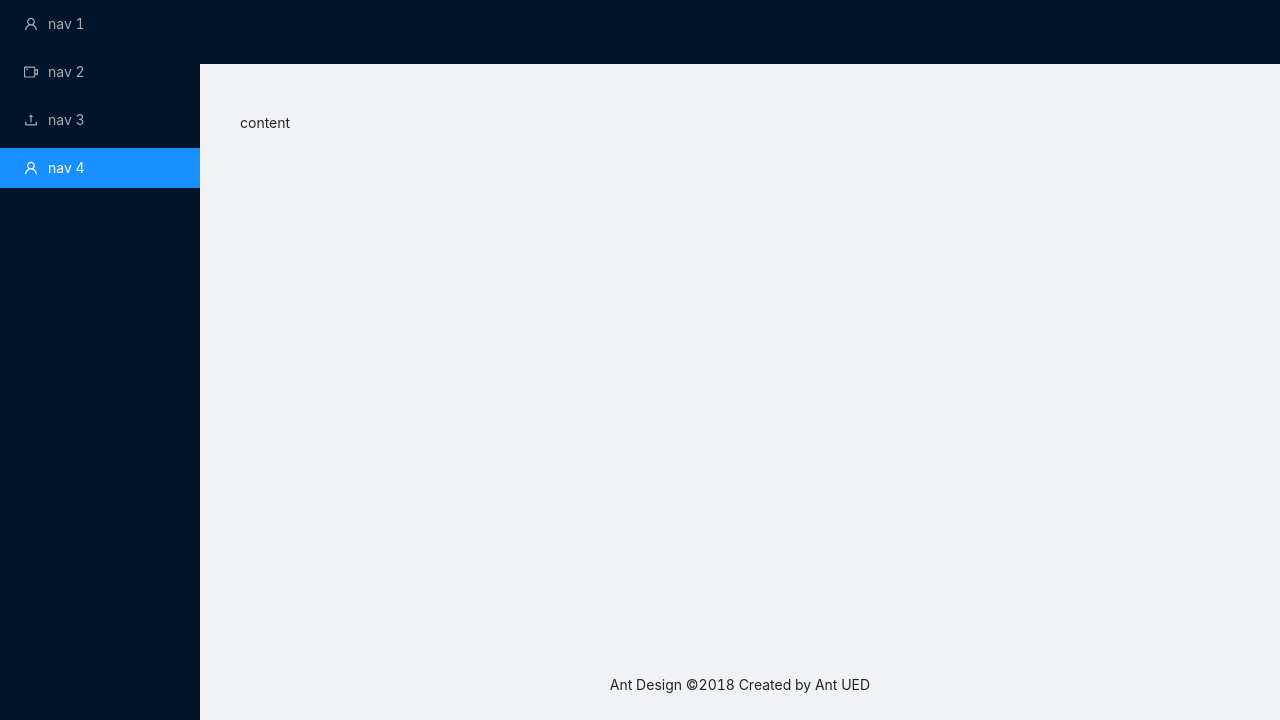
Repository: yangddoddi/community_react
Page: /
An editor plug-in stored every save of this project. The page is shown before and after the next save, followed by the edit.
The browser window is 1280 px wide. The pictures show the whole page.
The project was rebuilt for these pictures with package versions that can differ from the ones it lists, and the page was loaded fresh each time.

Above is the page before, as saved 2022-08-17 02:33:30.

### src/App.js
import {
  UploadOutlined,
  UserOutlined,
  VideoCameraOutlined,
} from "@ant-design/icons";
import { Layout, Menu } from "antd";
import "antd/dist/antd.css";
import "./App.scss";
import React from "react";
import styled from "styled-components";
const { Header, Content, Footer, Sider } = Layout;

const LayoutStyled = styled(Layout)`
  height: 100%;
`;

const ContentStyled = styled(Content)`
  height: 100%;
`;

const App = () => {
  const items = [
    { label: "item 1", key: "item-1" },
    { label: "item 2", key: "item-2" },
  ];

  return (
    <LayoutStyled>
      <Sider
        breakpoint="lg"
        collapsedWidth="0"
        onBreakpoint={(broken) => {
          console.log(broken);
        }}
        onCollapse={(collapsed, type) => {
          console.log(collapsed, type);
        }}
      >
        <div className="logo" />
        <Menu
          theme="dark"
          mode="inline"
          defaultSelectedKeys={["4"]}
          items={[
            UserOutlined,
            VideoCameraOutlined,
            UploadOutlined,
            UserOutlined,
          ].map((icon, index) => ({
            key: String(index + 1),
            icon: React.createElement(icon),
            label: `nav ${index + 1}`,
          }))}
        />
      </Sider>
      <Layout>
        <Header
          className="site-layout-sub-header-background"
          style={{
            padding: 0,
          }}
        />
        <ContentStyled
          style={{
            margin: "24px 16px 0",
          }}
        >
          <div
            className="site-layout-background"
            style={{
              padding: 24,
              minHeight: 360,
            }}
          >
            content
          </div>
        </ContentStyled>
        <Footer
          style={{
            textAlign: "center",
          }}
        >
          Ant Design ©2018 Created by Ant UED
        </Footer>
      </Layout>
    </LayoutStyled>
  );
};

export default App;

### src/App.scss
.site-layout-content {
    min-height: 280px;
    padding: 24px;
    background: #fff;
  }
  #components-layout-demo-top .logo {
    float: left;
    width: 120px;
    height: 31px;
    margin: 16px 24px 16px 0;
    background: rgba(255, 255, 255, 0.3);
  }
  .ant-row-rtl #components-layout-demo-top .logo {
    float: right;
    margin: 16px 0 16px 24px;
  }

  #root {
    height: 100%;
  }

Loaded but not shown: public/index.html (common file); src/index.js (common file); src/index.css (common file); src/reportWebVitals.js (common file)

After the next save:
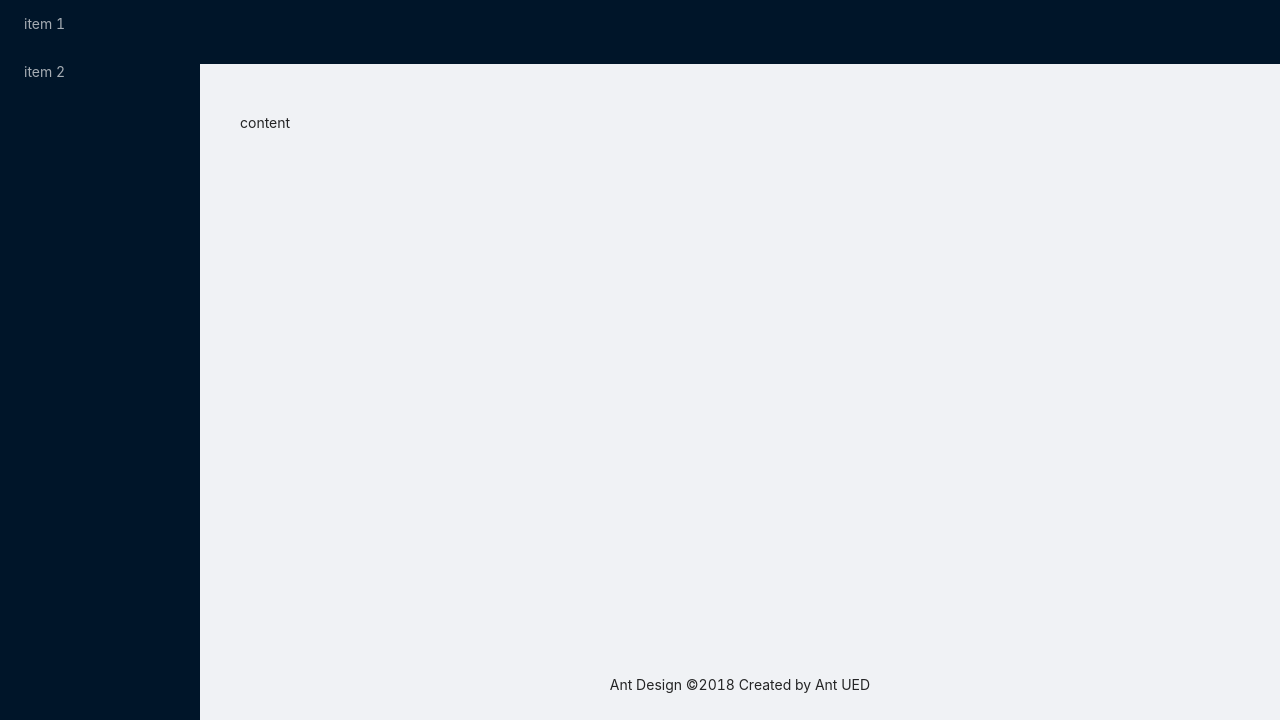
Saved 76 s later.
--- a/src/App.js
+++ b/src/App.js
@@ -41,16 +41,7 @@ const App = () => {
           theme="dark"
           mode="inline"
           defaultSelectedKeys={["4"]}
-          items={[
-            UserOutlined,
-            VideoCameraOutlined,
-            UploadOutlined,
-            UserOutlined,
-          ].map((icon, index) => ({
-            key: String(index + 1),
-            icon: React.createElement(icon),
-            label: `nav ${index + 1}`,
-          }))}
+          items={items}
         />
       </Sider>
       <Layout>
